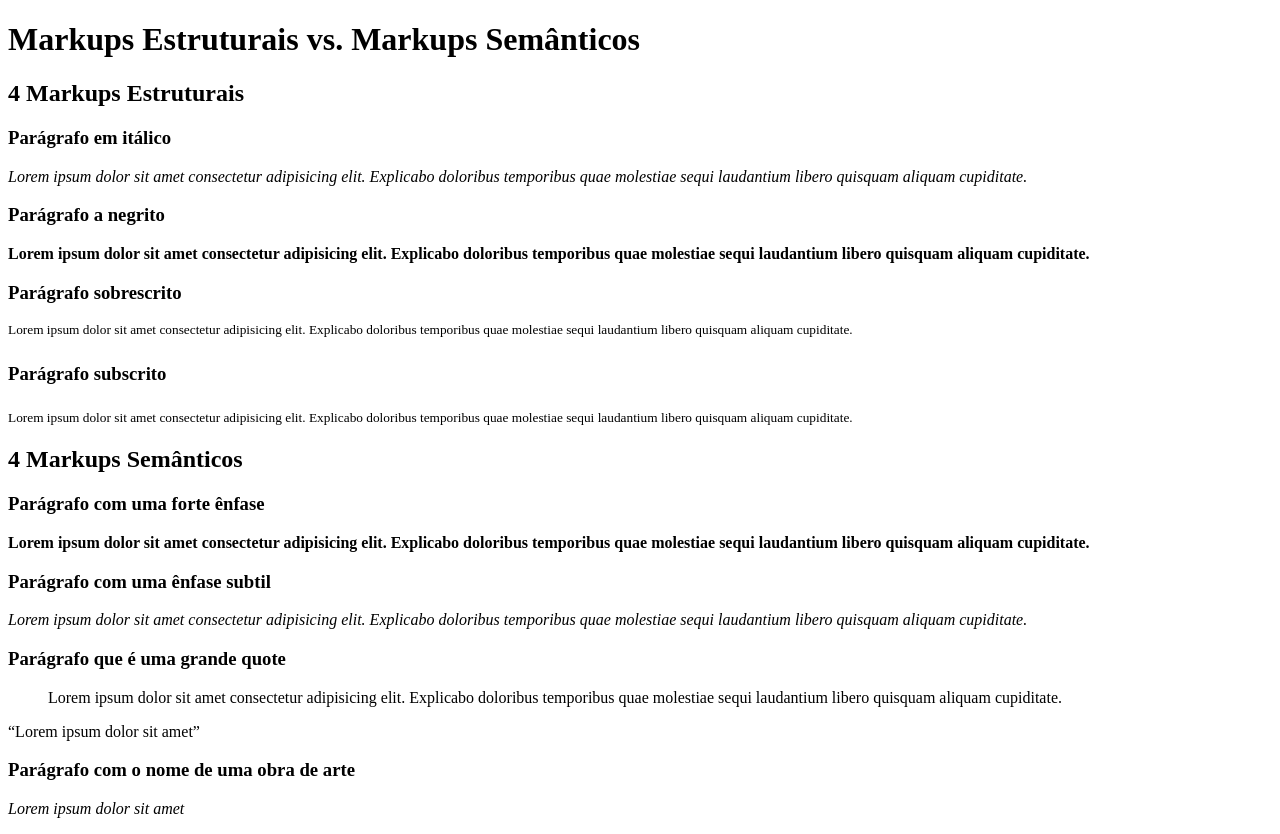
Repository: inespalma/About_Me
Page: Coding_Challenges/HTML/index.html
These files come from the project's save history. The page is drawn as it stood at one moment and after the next save; the edit follows.
The browser window is 1280 px wide. The pictures show the whole page.

Above is the page before, as saved 2024-11-20 09:56:08.

### Coding_Challenges/HTML/index.html
<!DOCTYPE html>
<html>

<head>
    <meta charset="UTF-8">
    <title>Markups Estruturais vs. Markups Semânticos</title>
</head>

<body>
    <h1>Markups Estruturais vs. Markups Semânticos</h1>

    <!-- MARKUP ESTRUTURAL -->
    <h2>4 Markups Estruturais</h2>

    <!-- ITÁLICO -->
    <h3>Parágrafo em itálico</h3>
    <p><i>Lorem ipsum dolor sit amet consectetur adipisicing elit. Explicabo doloribus temporibus quae molestiae sequi
            laudantium libero quisquam aliquam cupiditate.</i></p>
    <!-- NEGRITO -->
    <h3>Parágrafo a negrito</h3>
    <p><b>Lorem ipsum dolor sit amet consectetur adipisicing elit. Explicabo doloribus temporibus quae molestiae sequi
            laudantium libero quisquam aliquam cupiditate.</b></p>
    <!-- SOBRESCRITO -->
    <h3>Parágrafo sobrescrito</h3>
    <p><sup>Lorem ipsum dolor sit amet consectetur adipisicing elit. Explicabo doloribus temporibus quae molestiae sequi
            laudantium libero quisquam aliquam cupiditate.</sup></p>
    <!-- SUBSCRITO -->
    <h3>Parágrafo subscrito</h3>
    <p><sub>Lorem ipsum dolor sit amet consectetur adipisicing elit. Explicabo doloribus temporibus quae molestiae sequi
            laudantium libero quisquam aliquam cupiditate.</sub></p>

    <!-- MARKUPS SEMÂNTICOS -->
    <h2>4 Markups Semânticos</h2>

    <!-- ÊNFASE (STRONG) -->
    <h3>Parágrafo com uma forte ênfase</h3>
    <p><strong>Lorem ipsum dolor sit amet consectetur adipisicing elit. Explicabo doloribus temporibus quae molestiae
            sequi laudantium libero quisquam aliquam cupiditate.</strong></p>
    <!-- ÊNFASE SUBTIL (EM) -->
    <h3>Parágrafo com uma ênfase subtil</h3>
    <p><em>Lorem ipsum dolor sit amet consectetur adipisicing elit. Explicabo doloribus temporibus quae molestiae sequi
            laudantium libero quisquam aliquam cupiditate.</em></p>
    <h3>Parágrafo que é uma grande quote</h3>
    <!-- CITAÇÃO (LONNGA) -->
    <blockquote>
        <p>Lorem ipsum dolor sit amet consectetur adipisicing elit. Explicabo doloribus temporibus quae molestiae sequi
            laudantium libero quisquam aliquam cupiditate.</p>
    </blockquote>
    <q>Lorem ipsum dolor sit amet</q>
    <h3>Parágrafo com o nome de uma obra de arte</h3>
    <p><cite>Lorem ipsum dolor sit amet</cite></p>
</body>

</html>

After the next save:
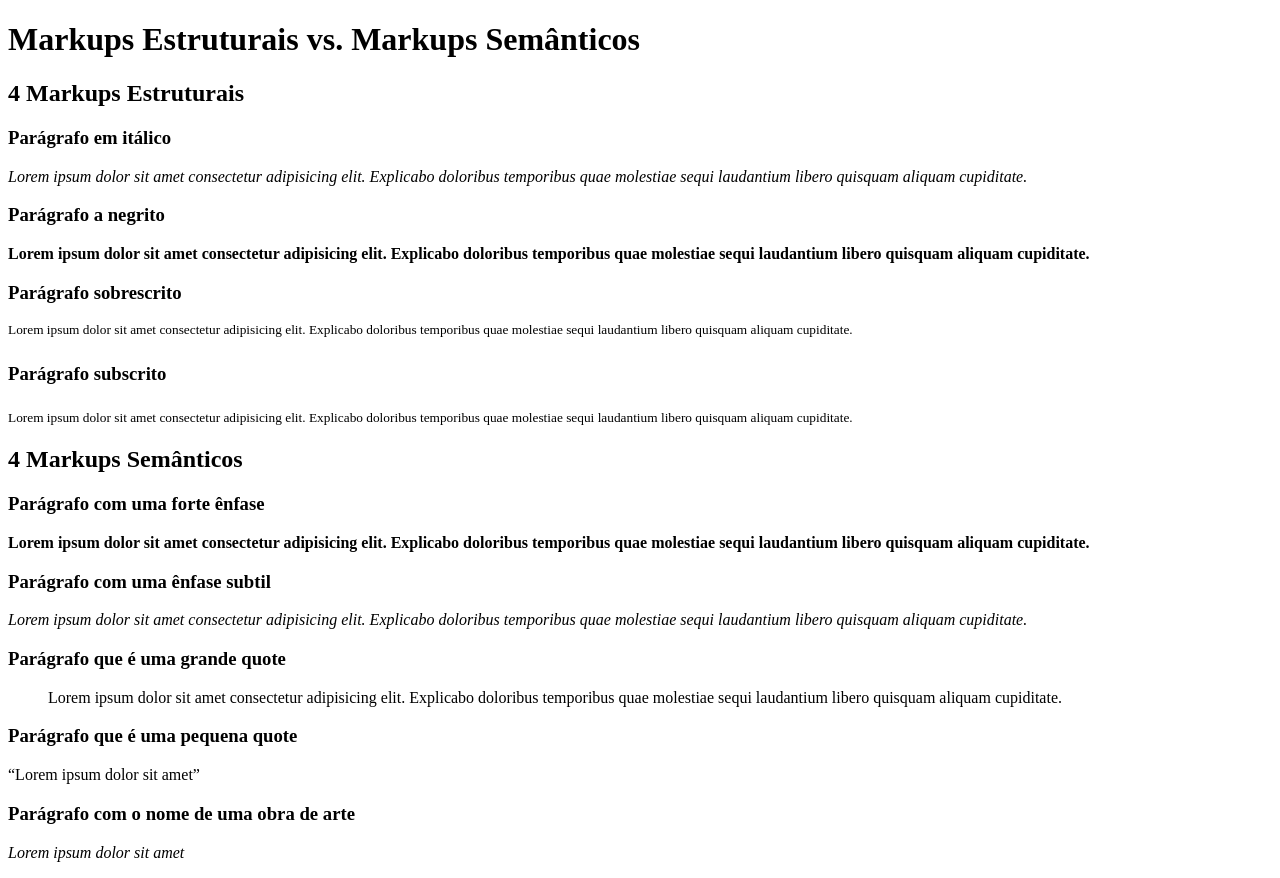
Saved 48 s later.
--- a/Coding_Challenges/HTML/index.html
+++ b/Coding_Challenges/HTML/index.html
@@ -40,13 +40,17 @@
     <h3>Parágrafo com uma ênfase subtil</h3>
     <p><em>Lorem ipsum dolor sit amet consectetur adipisicing elit. Explicabo doloribus temporibus quae molestiae sequi
             laudantium libero quisquam aliquam cupiditate.</em></p>
+    <!-- CITAÇÃO (LONGA) -->
     <h3>Parágrafo que é uma grande quote</h3>
-    <!-- CITAÇÃO (LONNGA) -->
     <blockquote>
         <p>Lorem ipsum dolor sit amet consectetur adipisicing elit. Explicabo doloribus temporibus quae molestiae sequi
             laudantium libero quisquam aliquam cupiditate.</p>
     </blockquote>
-    <q>Lorem ipsum dolor sit amet</q>
+    <!-- CITAÇÃO (CURTA) -->
+    <h3>Parágrafo que é uma pequena quote</h3>
+    <p>
+        <q>Lorem ipsum dolor sit amet</q>
+    </p>
     <h3>Parágrafo com o nome de uma obra de arte</h3>
     <p><cite>Lorem ipsum dolor sit amet</cite></p>
 </body>
